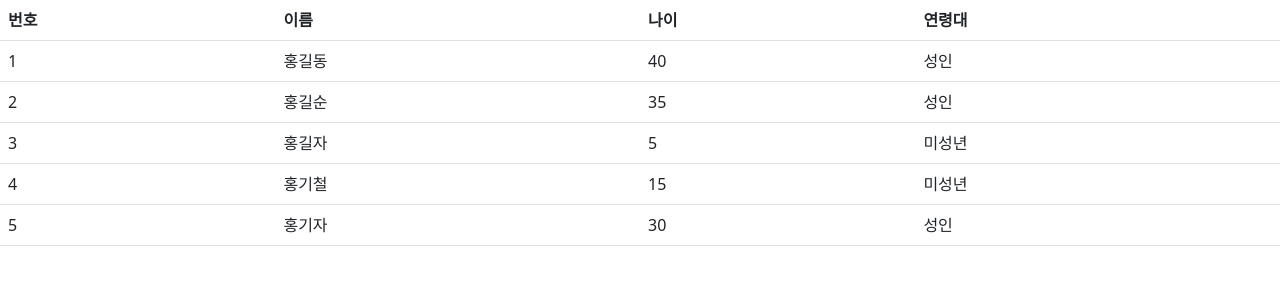
Repository: novemberjj/jsp
Page: http://localhost/jstl_study/step8.jsp
These files come from the project's save history. The page is drawn as it stood at one moment and after the next save; the edit follows.
The browser window is 1280 px wide. The pictures show the whole page.
The page is served by Tomcat 9. Other server files are loaded and not shown.

Above is the page before, as saved 2023-05-10 04:19:24.

### jstl_project/jstl_study/src/main/webapp/step8.jsp
<%@page import="java.util.ArrayList"%>
<%@ page language="java" contentType="text/html; charset=UTF-8"
    pageEncoding="UTF-8"%>
<%@ taglib prefix="c" uri="http://java.sun.com/jsp/jstl/core"%>
<%@page import="model.PersonVO"%>
<!DOCTYPE html>
<html>
<head>
<meta charset="UTF-8">
<title>Insert title here</title>
    <link href="https://cdn.jsdelivr.net/npm/bootstrap@5.2.3/dist/css/bootstrap.min.css" rel="stylesheet" integrity="sha384-rbsA2VBKQhggwzxH7pPCaAqO46MgnOM80zW1RWuH61DGLwZJEdK2Kadq2F9CUG65" crossorigin="anonymous">

</head>
<body>
    <script src="https://cdn.jsdelivr.net/npm/bootstrap@5.2.3/dist/js/bootstrap.bundle.min.js" integrity="sha384-kenU1KFdBIe4zVF0s0G1M5b4hcpxyD9F7jL+jjXkk+Q2h455rYXK/7HAuoJl+0I4" crossorigin="anonymous"></script>

<%
//PersonVo 객체를 이용하여 list에 여러명을 추가 (5명)
//list를 request 객체에 담아 jsp로 전송
ArrayList<PersonVO> list = new ArrayList<>();
list.add(new PersonVO("홍길동",40));
list.add(new PersonVO("홍길순",35));
list.add(new PersonVO("홍길자",5));
list.add(new PersonVO("홍기철",15));
list.add(new PersonVO("홍기자",30));

request.setAttribute("list", list);
%>
<!-- 테이블을 생성하여  -->
<table class="table table-hover">
<thead>
<tr>
<th>번호</th>
<th>이름</th>
<th>나이</th>
<th>연령대</th>
</tr>
</thead>

<tbody>
<c:forEach items="${list}" var="tmp" varStatus="i">
<tr>
<td>${i.count }</td>
<td>${tmp.name }</td>
<td>${tmp.age }</td>
<td>
<c:choose>
<c:when test="${tmp.age>=20 }">
성인
</c:when>
<c:otherwise>
미성년
</c:otherwise>
</c:choose>
</td>
</tr>
</c:forEach>
</tbody>

</table>




</body>
</html>

### jstl_project/jstl_study/src/main/java/model/PersonVO.java
package model;

public class PersonVO {
	private String name;
	private int age;

	public PersonVO() {}

	public PersonVO(String name, int age) {
		this.name=name;
		this.age=age;
	}

	public String getName() {
		return name;
	}

	public void setName(String name) {
		this.name = name;
	}

	public int getAge() {
		return age;
	}

	public void setAge(int age) {
		this.age = age;
	}



}

After the next save:
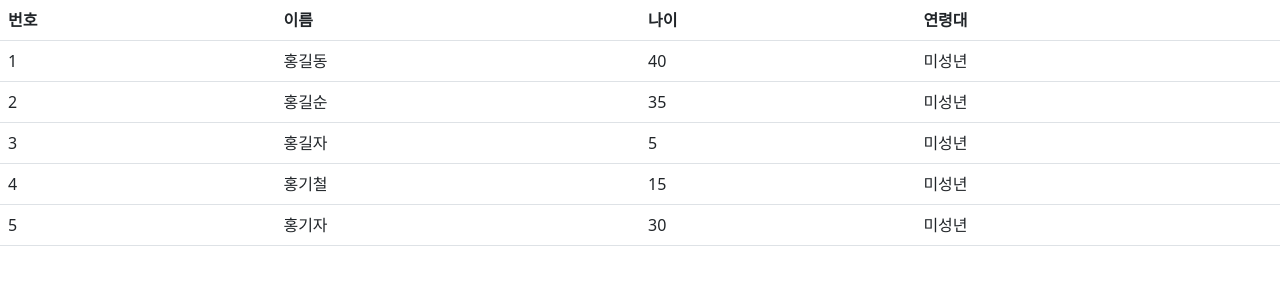
Saved 66 min 29 s later.
--- a/jstl_project/jstl_study/src/main/webapp/step8.jsp
+++ b/jstl_project/jstl_study/src/main/webapp/step8.jsp
@@ -36,13 +36,12 @@
 <th>연령대</th>
 </tr>
 </thead>
-
 <tbody>
-<c:forEach items="${list}" var="tmp" varStatus="i">
+<c:forEach items="${requestScope.list}" var="person" varStatus="i">
 <tr>
 <td>${i.count }</td>
-<td>${tmp.name }</td>
-<td>${tmp.age }</td>
+<td>${person.name }</td>
+<td>${person.age }</td>
 <td>
 <c:choose>
 <c:when test="${tmp.age>=20 }">
@@ -56,7 +55,6 @@
 </tr>
 </c:forEach>
 </tbody>
-
 </table>
 
 

After the save that followed:
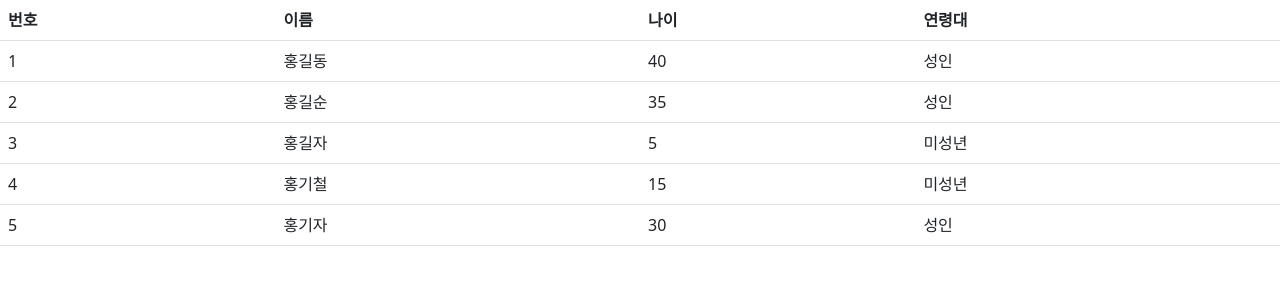
Saved 2 min 16 s later.
--- a/jstl_project/jstl_study/src/main/webapp/step8.jsp
+++ b/jstl_project/jstl_study/src/main/webapp/step8.jsp
@@ -37,21 +37,12 @@
 </tr>
 </thead>
 <tbody>
-<c:forEach items="${requestScope.list}" var="person" varStatus="i">
+<c:forEach items="${requestScope.list}" var="person" varStatus="i"> <!-- 중괄호와 따옴표 사이 띄어쓰기 안됨 -->
 <tr>
 <td>${i.count }</td>
 <td>${person.name }</td>
 <td>${person.age }</td>
-<td>
-<c:choose>
-<c:when test="${tmp.age>=20 }">
-성인
-</c:when>
-<c:otherwise>
-미성년
-</c:otherwise>
-</c:choose>
-</td>
+<td>${person.age >=20 ? "성인":"미성년" }</td>
 </tr>
 </c:forEach>
 </tbody>
